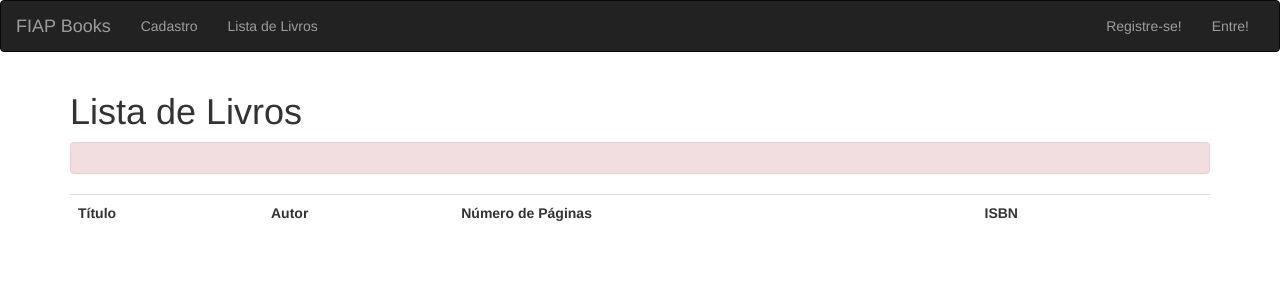
Repository: djoysilva/1TDSF-Web
Page: http://localhost/08-Livro/livroServlet
The author's editor kept a copy of each file at every save. The page is drawn from the files as they stood at one save, then again after a run of saves.
The browser window is 1280 px wide. The pictures show the whole page.
The page is served by Tomcat 9.

Above is the page before, as saved 2016-09-22 11:21:57.

After the next 2 saves:
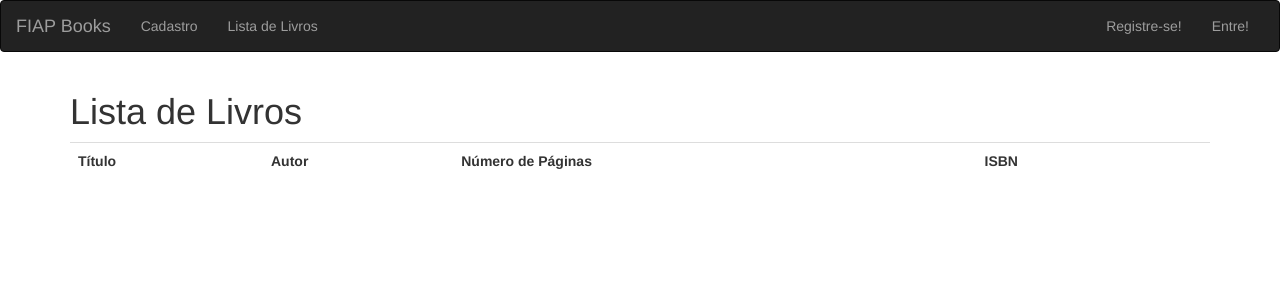
The 2 saves are shown as one change because they came seconds apart.
The last was saved 3 min 13 s later.
--- a/08-Livro/WebContent/lista-livro.jsp
+++ b/08-Livro/WebContent/lista-livro.jsp
@@ -14,9 +14,11 @@
 <div class="container">
 	<h1>Lista de Livros</h1>
 
-	<div class="alert alert-danger">
-		${mensagem}
-	</div>
+	<c:if test="${not empty mensagem }">
+		<div class="alert alert-danger">
+			${mensagem}
+		</div>
+	</c:if>
 
 	<table class="table">
 		<tr>
